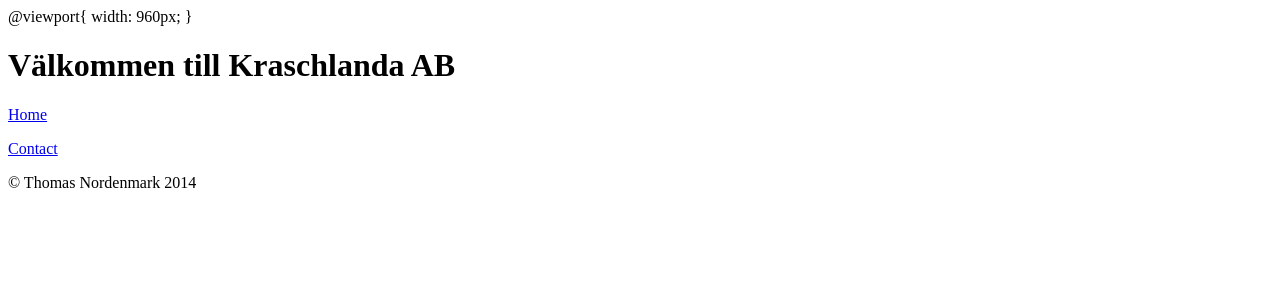
Repository: tnordenmark/web_lab3
Page: Site/uppgift_1/index.html
These files come from the project's save history. The page is drawn as it stood at one moment and after the next save; the edit follows.
The browser window is 1280 px wide. The pictures show the whole page.

Above is the page before, as saved 2014-09-13 11:51:35.

### Site/uppgift_1/index.html
<!DOCTYPE html>

<!---
Thomas Nordenmark
thno1200
t.nordenmark@gmail.com
-->

<html lang="en">
	<head>
		<meta charset="utf-8">

		<title>Flygbolaget Kraschlanda AB</title>
		<meta name="description" content="Allt du behöver för att känna dig otrygg i luftrummet!">
		<meta name="author" content="Thomas Nordenmark">

		<meta name="viewport" content="width=device-width; initial-scale=1.0">

		<link rel="shortcut icon" href="/favicon.ico" type="image/x-icon">

		@viewport{
		    width: 960px;
        }
	</head>

	<body>
		<div>
			<header>
				<h1>Välkommen till Kraschlanda AB</h1>
			</header>
			<nav>
				<p>
					<a href="/">Home</a>
				</p>
				<p>
					<a href="/contact">Contact</a>
				</p>
			</nav>

			<div>

			</div>

			<footer>
				<p>
					&copy; Thomas Nordenmark 2014
				</p>
			</footer>
		</div>
	</body>
</html>

After the next save:
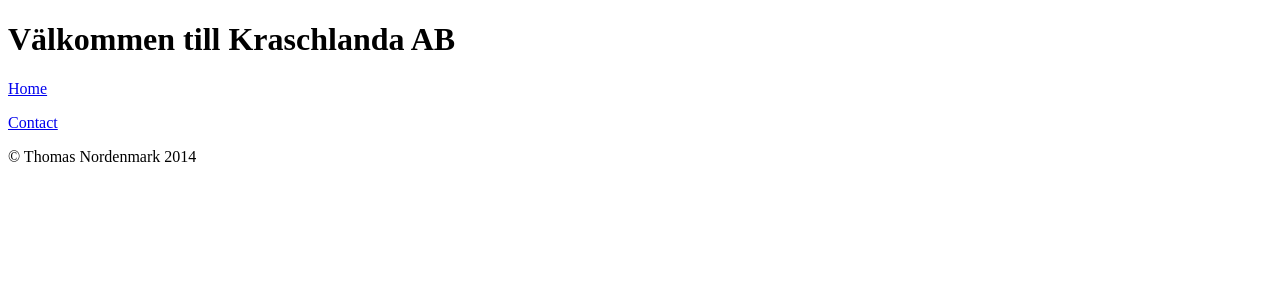
Saved 66 s later.
--- a/Site/uppgift_1/index.html
+++ b/Site/uppgift_1/index.html
@@ -14,13 +14,13 @@ t.nordenmark@gmail.com
 		<meta name="description" content="Allt du behöver för att känna dig otrygg i luftrummet!">
 		<meta name="author" content="Thomas Nordenmark">
 
-		<meta name="viewport" content="width=device-width; initial-scale=1.0">
-
 		<link rel="shortcut icon" href="/favicon.ico" type="image/x-icon">
 
+		<style>
 		@viewport{
 		    width: 960px;
         }
+        </style>
 	</head>
 
 	<body>
